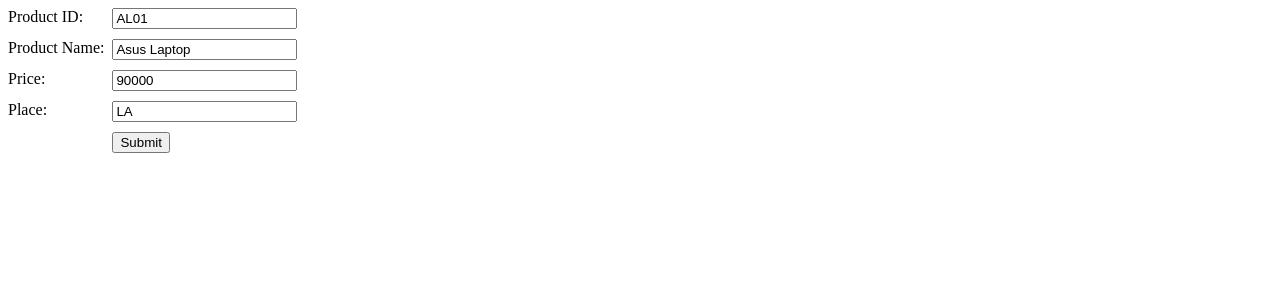
Repository: chofong1999/workspace202607
Page: mvweb0716/src/main/webapp/product.html
These files come from the project's save history. The page is drawn as it stood at one moment and after the next save; the edit follows.
The browser window is 1280 px wide. The pictures show the whole page.

Above is the page before, as saved 2026-07-16 03:38:11.

### mvweb0716/src/main/webapp/product.html
<!DOCTYPE html>
<html>
<head>
<meta charset="UTF-8">
<title>Product Form</title>

<style>
.product-form {
    display: grid;
    grid-template-columns: max-content;
    gap: 10px 8px;
}
.product-form input {
    grid-column: 2;
    justify-self: start;
}
</style>
</head>

<body>

<form action="product.jsp" method="post" class="product-form">
    Product ID:<input name="product_id" value="AL01">
    Product Name:<input name="product_name" value="Asus Laptop">
    Price:<input name="price" value="90000">
    Place:<input name="place" value="LA">
    <input type="submit">
</form>

</body>
</html>

After the next save:
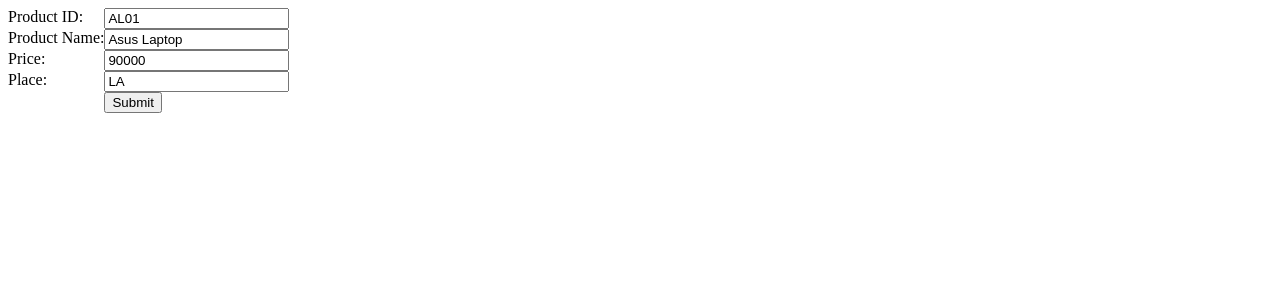
Saved 9 s later.
--- a/mvweb0716/src/main/webapp/product.html
+++ b/mvweb0716/src/main/webapp/product.html
@@ -8,7 +8,6 @@
 .product-form {
     display: grid;
     grid-template-columns: max-content;
-    gap: 10px 8px;
 }
 .product-form input {
     grid-column: 2;

After the save that followed:
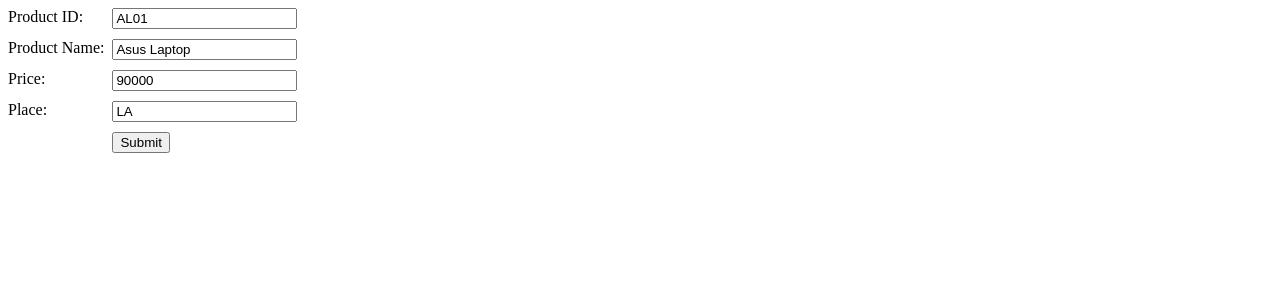
Saved 17 s later.
--- a/mvweb0716/src/main/webapp/product.html
+++ b/mvweb0716/src/main/webapp/product.html
@@ -8,6 +8,7 @@
 .product-form {
     display: grid;
     grid-template-columns: max-content;
+    gap: 10px 8px;
 }
 .product-form input {
     grid-column: 2;
